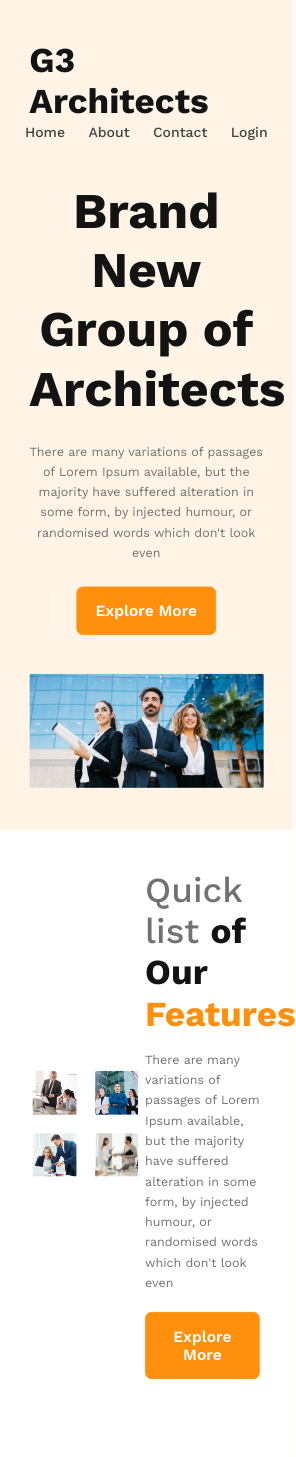
Repository: ShouravAhammed/G3-architects-webpage
Page: index.html
The author's editor kept a copy of each file at every save. The page is drawn from the files as they stood at one save, then again after the next save.
The browser window is 375 px wide. The page is 379 px wide, then 375 px, so the pictures cover 379 px, including what lies to the right of the window. The pictures show the whole page, at 78% of full size.

Above is the page before, as saved 2024-01-13 00:53:48.

### index.html
<!DOCTYPE html>
<html lang="en">
<head>
    <meta charset="UTF-8">
    <meta name="viewport" content="width=device-width, initial-scale=1.0">
    <title>G3 Architects</title>
    <link rel="stylesheet" href="styles/style.css">
</head>
<body>
    <!-- header part -->
    <header id="header">
        <div class="container">
            <nav class="navigation">
                <h3 class="website-logo">G3 Architects</h3>
                <ul class="nav">
                    <li><a href="">Home</a></li>
                    <li><a href="">About</a></li>
                    <li><a href="">Contact</a></li>
                    <li><a href="">Login</a></li>
                </ul>
            </nav>
            <section id="banner">
                <div class="banner-content">
                    <h3 class="banner-title">Brand New <br>Group of Architects</h3>
                    <p class="banner-description">There are many variations of passages of Lorem Ipsum available, but the majority have suffered alteration in some form, by injected humour, or randomised words which don't look even</p>
                    <button class="primary-btn">Explore More</button>
                </div>
                <img src="images/banner.png" alt="">
            </section>
        </div>
    </header>
    <!-- main part -->
    <main>
        <section id="team">
            <div class="container">
                <div class="team-content">
                    <div class="team-img">
                        <img src="images/team1.png" alt="team1-img">
                        <img src="images/team2.png" alt="team2-img">
                        <img src="images/team3.png" alt="team3-img">
                        <img src="images/team4.png" alt="team4-img">
                    </div>
                    <div class="team-text">
                        <h3 class="team-title"> <span id="gray-font">Quick list </span>of Our <span id="yellow-font">Features</span></h3>
                        <p class="team-description">There are many variations of passages of Lorem Ipsum available, but the majority have suffered alteration in some form, by injected humour, or randomised words which don't look even</p>
                        <button class="primary-btn">Explore More</button>
                    </div>
                </div>
            </div>
        </section>
    </main>
    <!-- footer part  -->
    <footer>

    </footer>
</body>
</html>

### styles/style.css
/* G3 Architects website fonts from google fonts */
@import url('https://fonts.googleapis.com/css2?family=Work+Sans:ital,wght@0,100;0,200;0,300;0,400;0,500;0,600;0,700;0,800;0,900;1,100;1,200;1,300;1,400;1,500;1,600;1,700;1,800;1,900&display=swap');

/* all body measuring */
*{
    margin: 0;
    padding: 0;
    outline: 0;
    box-sizing: border-box;
    font-family: 'Work Sans', sans-serif;
}

/* container */
.container{
    width: 80%;
    margin: 0 auto;
}

/* Primary button */
.primary-btn{
    color: #FFF;
    font-size: 20px;
    font-weight: 600;
    padding: 18px 23px;
    border-radius: 8px;
    background: #FF900E;
    border: 1px solid #FF900E;
    cursor: pointer;
    transition: all ease 0.5s;
}
.primary-btn:hover{
    background: #fff;
    color: #FF900E;
}
/* Header part css style */
#header{
    background: rgba(255, 144, 14, 0.10);
    padding: 50px 0px;
}
.navigation{
    display: flex;
    justify-content: space-between;
    align-items: center;
}
.website-logo{
    color: #131313;
    font-size: 2.8rem;
    font-weight: 700;
    line-height: normal;
}
.navigation > .nav{
    display: flex;
    gap: 30px;
}
.nav li{
    list-style: none;
}
.nav li a{
    color: #424242;
    font-size: 18px;
    font-weight: 500;
    line-height: 26px;
    text-decoration: none;
    transition: all ease 0.3s;
}
/* Navigation css hover style  */
.nav li a:hover{
    color: #FF900E;
}
/* banner section css style start */
#banner{

}
#banner .banner-content{
    max-width: 862px;
    margin: 100px auto 50px auto;
    text-align: center;
}
.banner-content .banner-title{
    color: #131313;
    font-size: 4rem;
    font-weight: 700;
}
.banner-content .banner-description{
    color: #727272;
    font-size: 16px;
    font-weight: 400;
    line-height: 26px;
    margin: 30px 0;
}
#banner img{
    width: 100%;
}
/* banner section css style end */
/* team section css style start */
#team{
    margin-top: 50px;
    margin-bottom: 100px;
}
.team-content{
    display: flex;
    justify-content: space-around;
    align-items: center;
}
.team-content .team-img{
    display: grid;
    grid-template-columns: repeat(2, 1fr);
    gap: 24px;
    width: 45%;
}
.team-content .team-img img{
    width: 100%;
}
.team-content .team-text{
    width: 49%;
}
.team-text .team-title{
    color: #131313;
    font-size: 45px;
    font-weight: 700;
}
#gray-font{
    color: #727272;
    font-weight: 500;
}
#yellow-font{
    color: #FF900E;
}
.team-text .team-description{
    color: #727272;
    font-size: 16px;
    font-weight: 400;
    line-height: 26px;
    margin-top: 20px;
    margin-bottom: 24px;
}












/* mobile device */
@media only screen and (max-width: 576px){
    .navigation{
        flex-direction: column;
    }
    #banner .banner-content {
        max-width: 100%;
        margin: 50px auto 50px auto;
    }
}

/* tablet device */
@media only screen and (min-width: 577px) and (max-width: 992px){
    .navigation{
        flex-direction: column;
    }
    #banner .banner-content {
        max-width: 100%;
        margin: 80px auto 50px auto;
    }
}

After the next save:
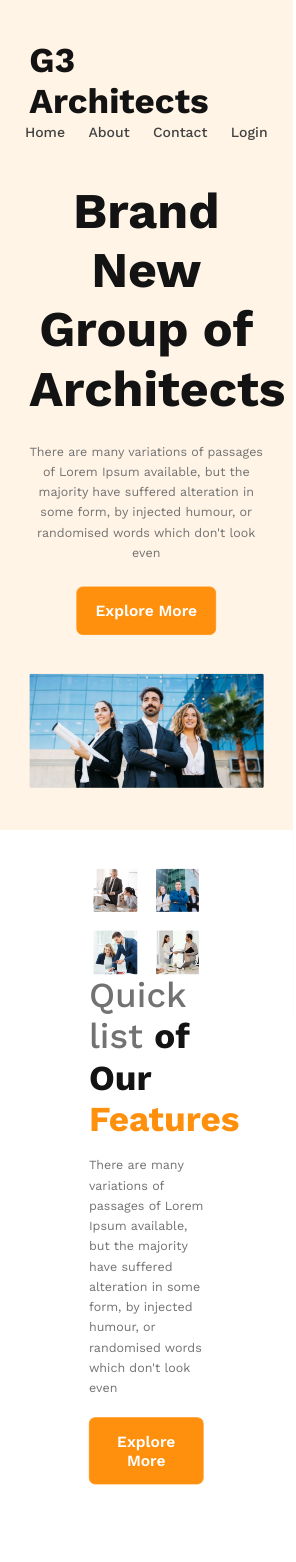
Saved 116 s later.
--- a/styles/style.css
+++ b/styles/style.css
@@ -155,6 +155,12 @@
         max-width: 100%;
         margin: 50px auto 50px auto;
     }
+
+
+
+    .team-content{
+        flex-direction: column;
+    }
 }
 
 /* tablet device */
